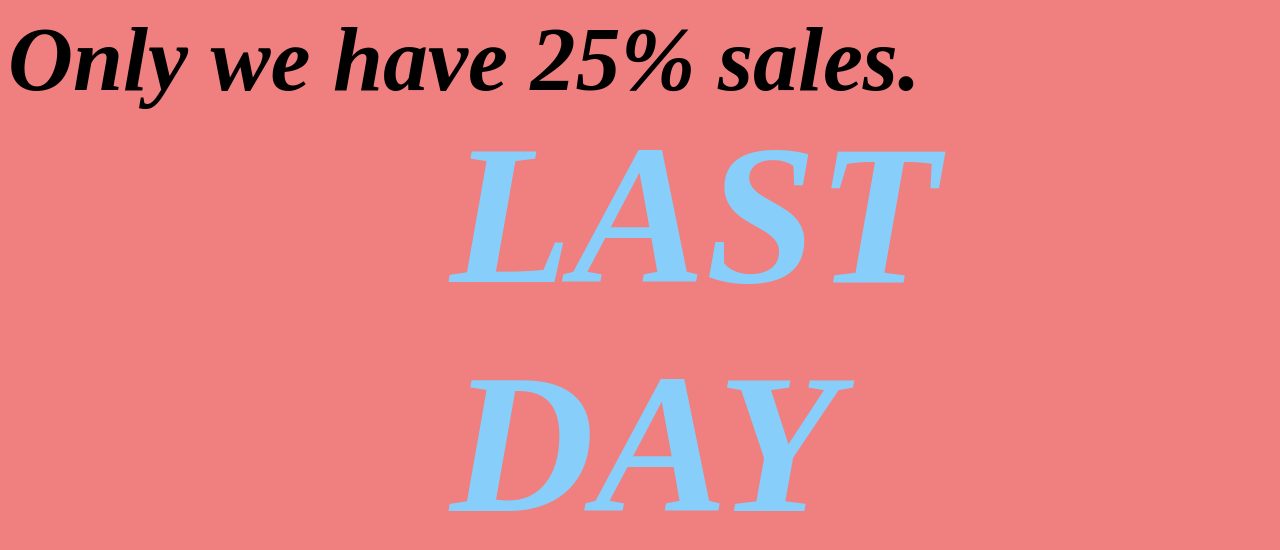
Repository: KHANas02/JS_first-lesson
Page: sale.html
The author's editor kept a copy of each file at every save. The page is drawn from the files as they stood at one save, then again after a run of saves.
The browser window is 1280 px wide. The pictures show the whole page.

Above is the page before, as saved 2024-03-23 09:52:24.

After the next 3 saves:
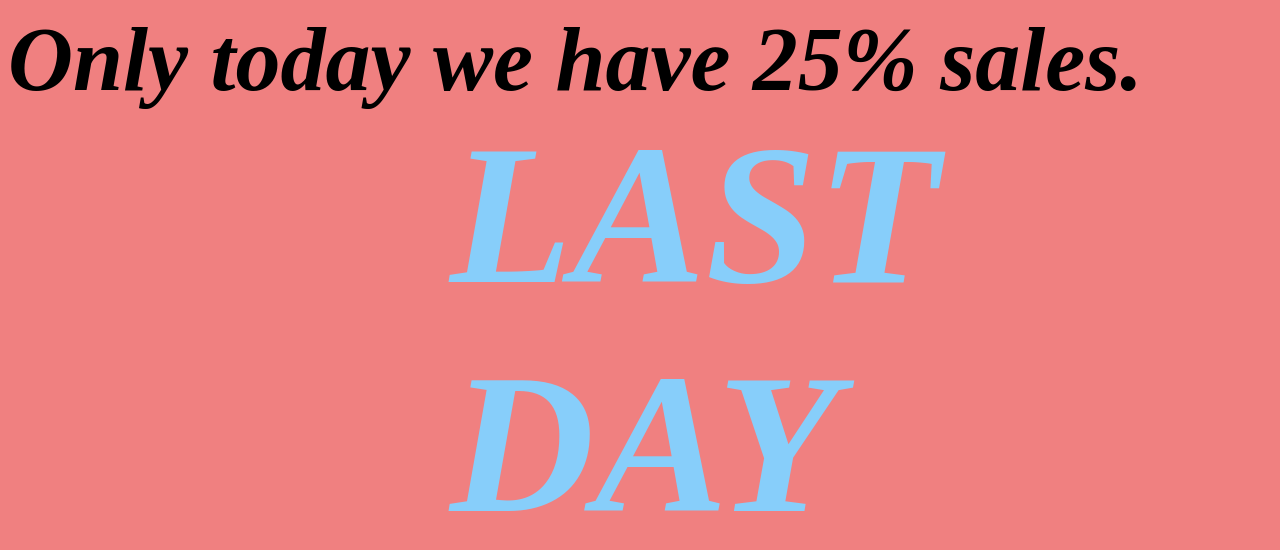
The 3 saves are shown as one change because they came seconds apart.
The last was saved 9 s later.
--- a/sale.html
+++ b/sale.html
@@ -25,7 +25,7 @@
   </head>
   <body>
     <div class="sales">
-      <cite class="sal">Only  we have 25% sales.</cite>
+      <cite class="sal">Only today  we have 25% sales.</cite>
     </div>
     <div class="sale">
       <cite class="sal2"
